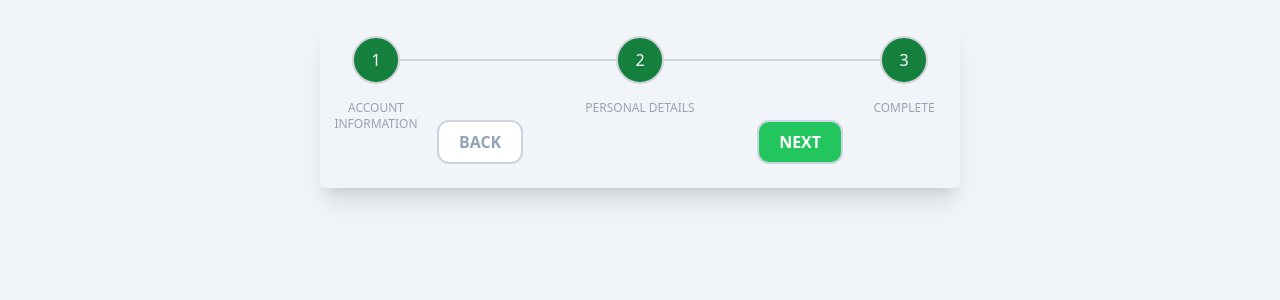
Repository: OmniaRafat232111121/reactstepper
Page: /
The author's editor kept a copy of each file at every save. The page is drawn from the files as they stood at one save, then again after the next save.
The browser window is 1280 px wide. The pictures show the whole page.
The project was rebuilt for these pictures with package versions that can differ from the ones it lists, and the page was loaded fresh each time. Also part of the build but not shown: src/App.css, src/Component/steps/Account.js, src/Component/steps/Details.js, src/Component/steps/Final.js.

Above is the page before, as saved 2023-02-22 12:44:28.

### src/index.css
@tailwind base;
@tailwind components;
@tailwind utilities;


body {
  background: #f1f5f9;
}

code {
  font-family: source-code-pro, Menlo, Monaco, Consolas, 'Courier New',
    monospace;
}

### src/App.js
import { useState } from 'react';
import './App.css';
import Stepper from './Component/Stepper';
import StepperControl from './Component/StepperControl';
import Account from './Component/steps/Account';
import Details from './Component/steps/Details';
import Final from './Component/steps/Final';
function App() {
  const [currentStep,setCurrentStep]=useState();
  const steps=[
    'Account information',
    'Personal Details',
    'Complete'
  ];
  const displaySteps=(step)=>{
    switch(step){
      case 1:
        return <Account/>
        case 2:
        return <Details/>
        case 3:
        return <Final/>
        default:

    }
  }
  return (
    <div className="md:w-1/2 mx-auto  rounded-md shadow-xl bg-white-300 pb-2 mt-5">
     {/*stepper*/}
    <div className='container horizontal mt-5'>
    <Stepper
    steps={steps}
    currentStep={currentStep}
    />
    </div>
     {/*StepperCOntrol*/}
     <StepperControl/>
    </div>
  );
}

export default App;

### src/Component/Stepper.js
import React, { useState, useEffect, useRef } from "react";

const Stepper = ({ steps, currentStep }) => {
  const [newStep, setNewStep] = useState([]);
  const stepsRef = useRef();

  const updateStep = (stepNumber, steps) => {
    const newSteps = [...steps];
    console.log(newSteps);
    let count = 0;
    while (count < newSteps.length) {
      //current step
      if (count === stepNumber) {
        newSteps[count] = {
          ...newSteps[count],
          highlighted: true,
          selected: true,
          completed: true,
        };
        count++;
      }

      //step completed
      else if (count < stepNumber) {
        newSteps[count] = {
          ...newSteps[count],
          highlighted: false,
          selected: true,
          completed: true,
        };
        count++;
      }
      //step pending
      else {
        newSteps[count] = {
          ...newSteps[count],
          highlighted: false,
          selected: false,
          completed: false,
        };
        count++;
      }
    }

    return newSteps;
  };

  useEffect(() => {
    const stepsState = steps.map((step, index) =>
      Object.assign(
        {},
        {
          description: step,
          completed: false,
          highlighted: index === 0 ? true : false,
          selected: index === 0 ? true : false,
        }
      )
    );

    stepsRef.current = stepsState;
    const current = updateStep(currentStep - 1, stepsRef.current);
    setNewStep(current);
  }, [steps, currentStep]);

  const stepsDisplay = newStep.map((step, index) => {
    return (
      <div
        key={index}
        className={
          index !== newStep.length - 1
            ? "w-full flex items-center"
            : "flex items-center"
        }
      >
        <div className="relative flex flex-col items-center text-teal-600">
          <div
            className={`rounded-full transition duration-500 ease-in-out border-2 border-gray-300 h-12 w-12 flex items-center justify-center py-3  ${
              step.selected
                ? " bg-green-600 text-white font-bold border border-green-600 "
                : " bg-green-700 text-white"
            }`}
          >
            {step.completed ? (
              <span className=  "text-white  font-bold text-xl">&#10003;</span>
            ) : (
              index + 1
            )}
          </div>
          <div
            className={`absolute top-0  text-center mt-16 w-32 text-xs font-medium uppercase ${
              step.highlighted ? "text-gray-900" : "text-gray-400"
            }`}
          >
            {step.description}
          </div>
        </div>
        <div
          className={`flex-auto border-t-2 transition duration-500 ease-in-out  ${
            step.completed ? "border-green-600 bg-green-600" : "border-gray-300 "
          }  `}
        ></div>
      </div>
    );
  });

  return (
    <div className="mx-4 p-4 flex justify-between items-center">
      {stepsDisplay}
    </div>
  );
};
export default Stepper;

### src/Component/StepperControl.js
import React from 'react'

const StepperControl = () => {
  return (
    <div className='container  flex justify-around mt-5 mb-4'>
       {/*back button*/}
       <button className='bg-white text-slate-400 font-semibold  uppercase px-5 py-2  rounded-xl
       cursor-pointer border-2 border-slate-300 hover:bg-slate-700 hover:text-white transition duration-200 ease-in-out'>
       Back
       </button>
        {/*next button*/}
        <button className='bg-green-500 text-white font-semibold  uppercase px-5 py-2  rounded-xl
        cursor-pointer border-2 border-slate-300 hover:bg-slate-700 hover:text-white transition duration-200 ease-in-out'>
        Next
        </button>
    </div>
  )
}

export default StepperControl

Loaded but not shown: public/index.html (common file); src/index.js (common file); tailwind.config.js (common file)

After the next save:
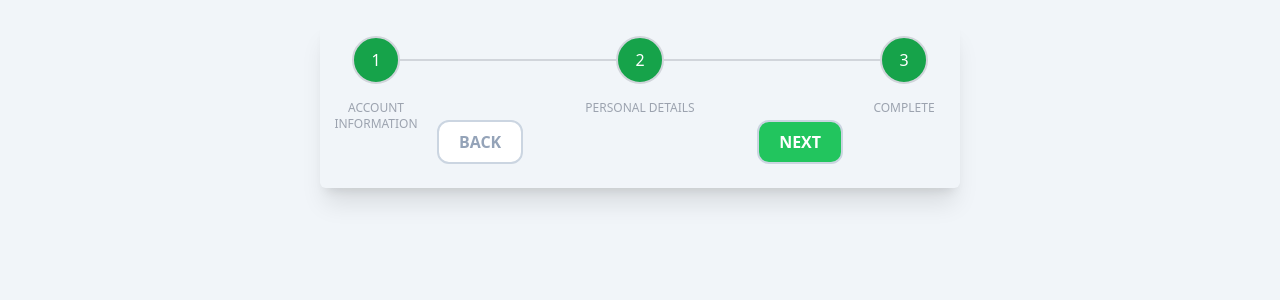
Saved 16 s later.
--- a/src/Component/Stepper.js
+++ b/src/Component/Stepper.js
@@ -78,7 +78,7 @@ const Stepper = ({ steps, currentStep }) => {
             className={`rounded-full transition duration-500 ease-in-out border-2 border-gray-300 h-12 w-12 flex items-center justify-center py-3  ${
               step.selected
                 ? " bg-green-600 text-white font-bold border border-green-600 "
-                : " bg-green-700 text-white"
+                : " bg-green-600 text-white"
             }`}
           >
             {step.completed ? (
